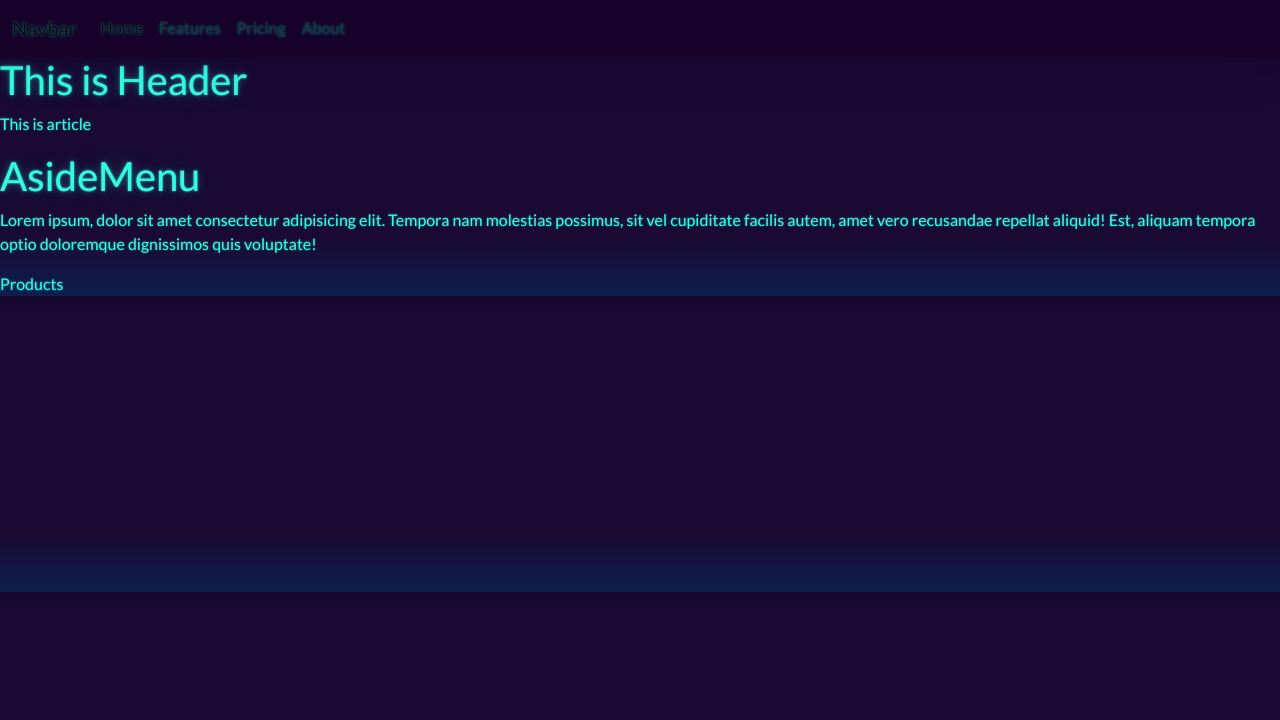
Repository: chanwarichawki/React-BC
Page: /
These files come from the project's save history. The page is drawn as it stood at one moment and after the next save; the edit follows.
The browser window is 1280 px wide. The pictures show the whole page.
Some web libraries are served in a nearby version. The project was rebuilt for these pictures with package versions that can differ from the ones it lists, and the page was loaded fresh each time. Also part of the build but not shown: vite.config.js.

Above is the page before, as saved 2024-01-15 13:23:15.

### src/App.jsx
import Article from "./components/Article";
import Header from "./components/Header";
import NavBar from "./components/NavBar";
import Products from "./components/Products";

function App() {
  return (
    <>
    <NavBar />
    <Header />
    <Article />
    <Products />
    </>
  )
}

export default App

### src/index.css
@import "/node_modules/bootswatch/dist/vapor/bootstrap.min.css"

### src/components/Article.jsx
import AsideMenu from "./AsideMenu"

const Article = () => {
  return (
      <>
      <div>
      <p>This is article</p>
      </div>
      <AsideMenu />
      </>
  )
}

export default Article

### src/components/Header.jsx

function Header() {
  return (
    <div><h1>This is Header</h1></div>
  )
}

export default Header

### src/components/NavBar.jsx

function NavBar() {
  return (
    <nav className="navbar navbar-expand-lg bg-dark" data-bs-theme="dark">
  <div className="container-fluid">
    <a className="navbar-brand" href="#">Navbar</a>
    <button className="navbar-toggler" type="button" data-bs-toggle="collapse" data-bs-target="#navbarColor02" aria-controls="navbarColor02" aria-expanded="false" aria-label="Toggle navigation">
      <span className="navbar-toggler-icon"></span>
    </button>
    <div className="collapse navbar-collapse" id="navbarColor02">
      <ul className="navbar-nav me-auto">
        <li className="nav-item">
          <a className="nav-link active" href="#">Home
            <span className="visually-hidden">(current)</span>
          </a>
        </li>
        <li className="nav-item">
          <a className="nav-link" href="#">Features</a>
        </li>
        <li className="nav-item">
          <a className="nav-link" href="#">Pricing</a>
        </li>
        <li className="nav-item">
          <a className="nav-link" href="#">About</a>
        </li>
      </ul>
    </div>
  </div>
</nav>
  )
}

export default NavBar

### src/components/Products.jsx

function Products() {
  return (
    <div>Products</div>
  )
}

export default Products

### src/components/AsideMenu.jsx


function AsideMenu() {
  return (
    <>
    <h1>AsideMenu</h1>
    <p>Lorem ipsum, dolor sit amet consectetur adipisicing elit. Tempora nam molestias possimus, sit vel cupiditate facilis autem, amet vero recusandae repellat aliquid! Est, aliquam tempora optio doloremque dignissimos quis voluptate!</p>
    </>
  )
}

export default AsideMenu

Loaded but not shown: index.html (common file); src/main.jsx (common file)

After the next save:
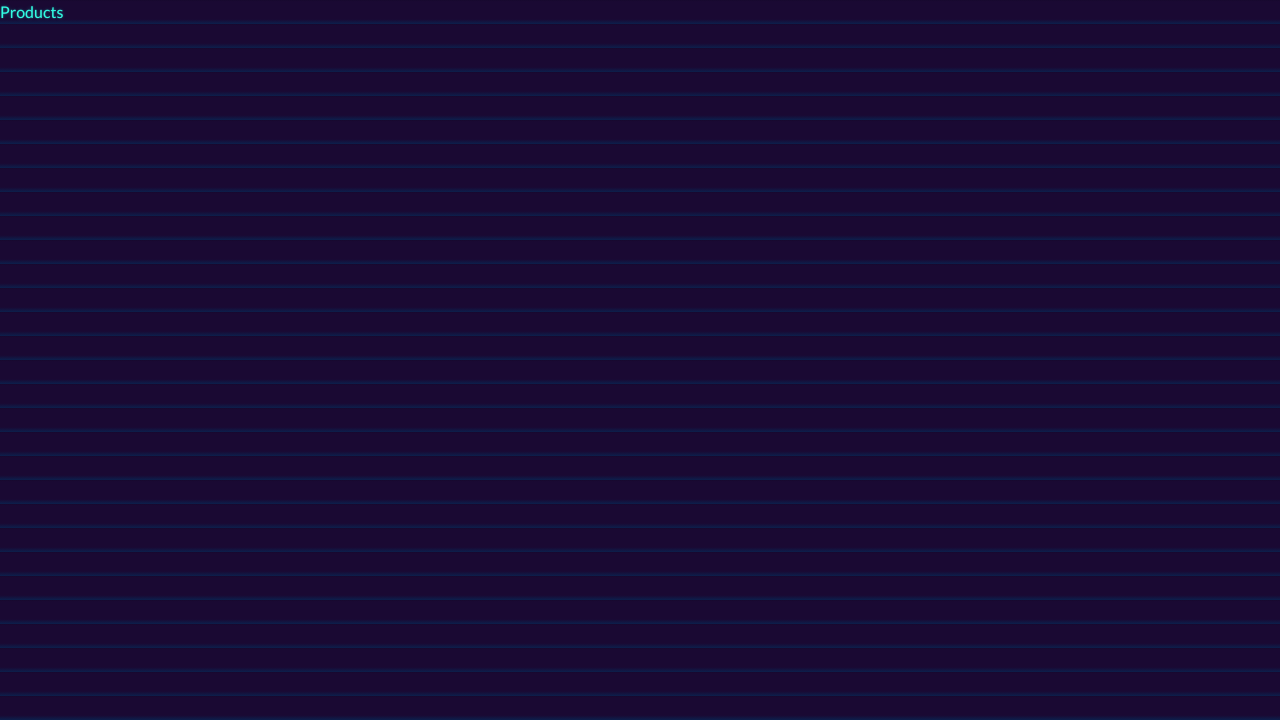
Saved 79 s later.
--- a/src/App.jsx
+++ b/src/App.jsx
@@ -6,9 +6,9 @@
 function App() {
   return (
     <>
-    <NavBar />
+    {/* <NavBar />
     <Header />
-    <Article />
+    <Article /> */}
     <Products />
     </>
   )
